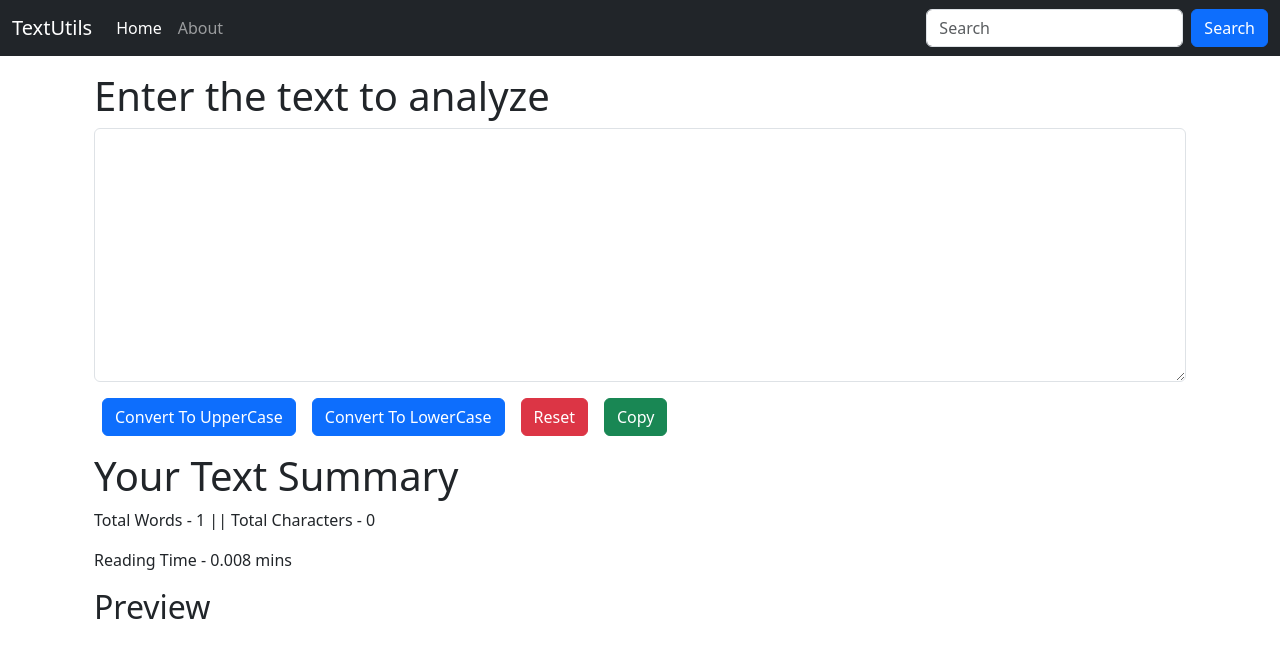
Repository: Rohit-foryou/Text-Utils
Page: /
These files come from the project's save history. The page is drawn as it stood at one moment and after the next save; the edit follows.
The browser window is 1280 px wide. The pictures show the whole page.
The project was rebuilt for these pictures with package versions that can differ from the ones it lists, and the page was loaded fresh each time. Also part of the build but not shown: src/index.css, src/App.css.

Above is the page before, as saved 2023-12-21 13:50:00.

After the next save:
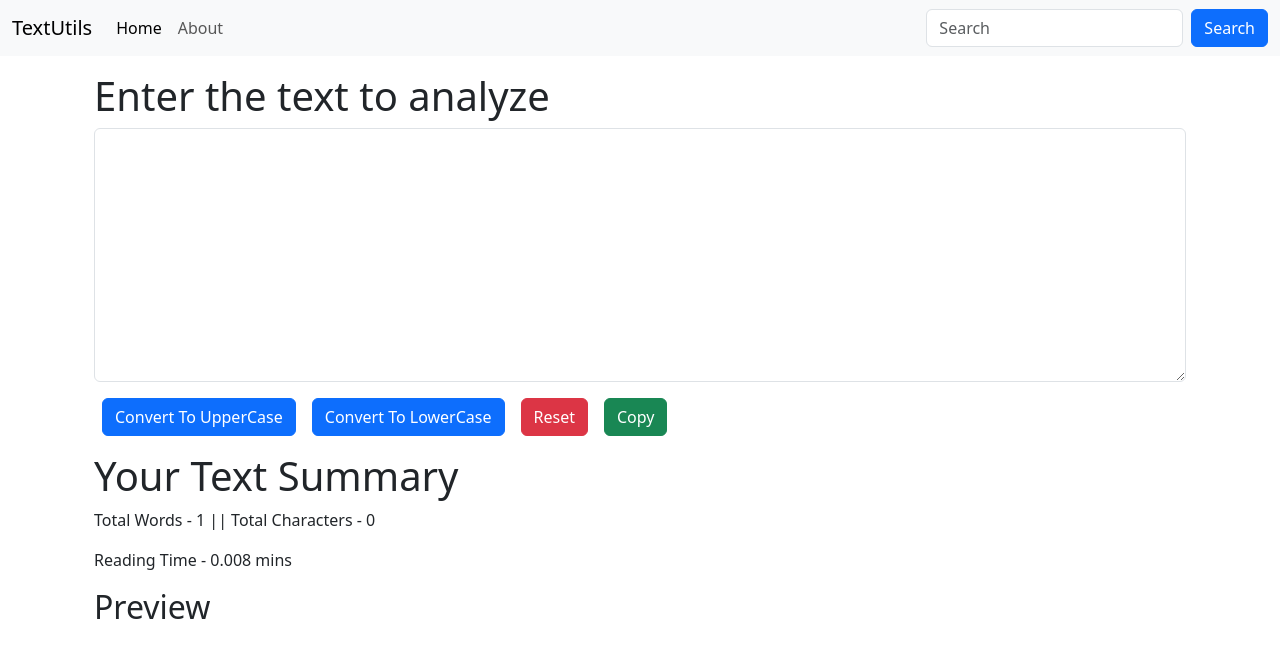
Saved 40 s later.
--- a/src/components/Navbar.js
+++ b/src/components/Navbar.js
@@ -4,7 +4,7 @@ import PropTypes from 'prop-types'
 
 export default function Navbar(props) {
   return (
-    <nav className="navbar navbar-expand-lg navbar-dark bg-dark">
+    <nav className={`navbar navbar-expand-lg navbar-${props.mode} bg-${props.mode}`}>
         <div className="container-fluid">
           <a className="navbar-brand" href="/">{props.title}</a>
           <button className="navbar-toggler" type="button" data-bs-toggle="collapse" data-bs-target="#navbarSupportedContent" aria-controls="navbarSupportedContent" aria-expanded="false" aria-label="Toggle navigation">

After the save that followed:
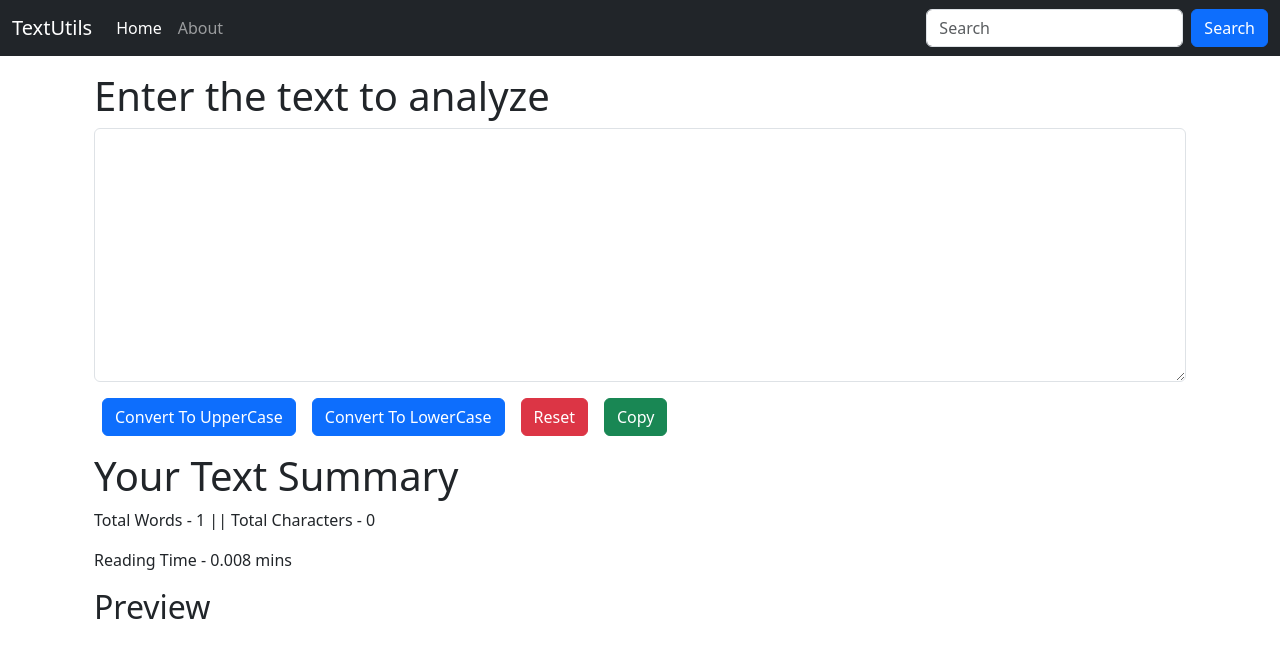
Saved 35 s later.
--- a/src/App.js
+++ b/src/App.js
@@ -6,7 +6,7 @@ import React, {useState} from "react";
 
 
 function App() {
-  const [mode, setMode] = useState('light');
+  const [mode, setMode] = useState('dark');
   return (
     <>
       <Navbar title = "TextUtils" aboutText = "About" mode={mode}/>
